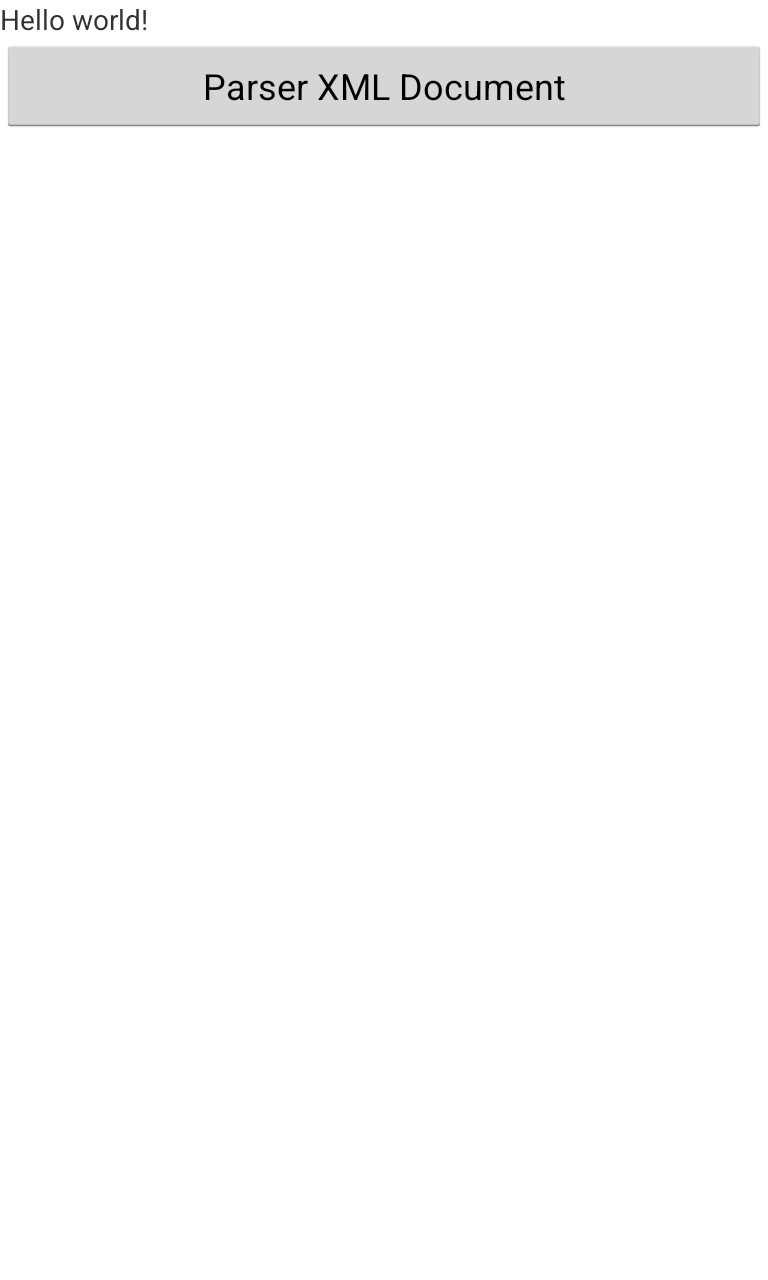
Repository: ChenLongAHXC/AndroidPractice
Layout: ParserXML/res/layout/activity_main.xml
An editor plug-in stored every save of this project. The layout is shown before and after the next save, followed by the edit.
It is drawn on a 768 x 1280 px phone screen (xhdpi) without system bars, with theme AppTheme; the app's code is not run.

Above is the layout before, as saved 2014-03-12 13:36:18.

### ParserXML/res/layout/activity_main.xml
<LinearLayout xmlns:android="http://schemas.android.com/apk/res/android"
    xmlns:tools="http://schemas.android.com/tools"
    android:layout_width="fill_parent"
    android:layout_height="match_parent"
    android:orientation="vertical">

    <TextView
        android:layout_width="fill_parent"
        android:layout_height="wrap_content"
        android:text="@string/hello_world" />
	<Button
	    android:id="@+id/parserXML"
	    android:layout_width="fill_parent"
        android:layout_height="wrap_content"
        android:text="@string/parserXML" />
</LinearLayout>

### ParserXML/res/values/strings.xml
<?xml version="1.0" encoding="utf-8"?>
<resources>

    <string name="app_name">ParserXML</string>
    <string name="action_settings">Settings</string>
    <string name="hello_world">Hello world!</string>
    <string name="parserXML">Parser XML Document</string>
    <string />

</resources>

Loaded but not shown: ParserXML/res/values/styles.xml (common file); ParserXML/res/values-v11/styles.xml (common file); ParserXML/res/values-v14/styles.xml (common file)

After the next save:
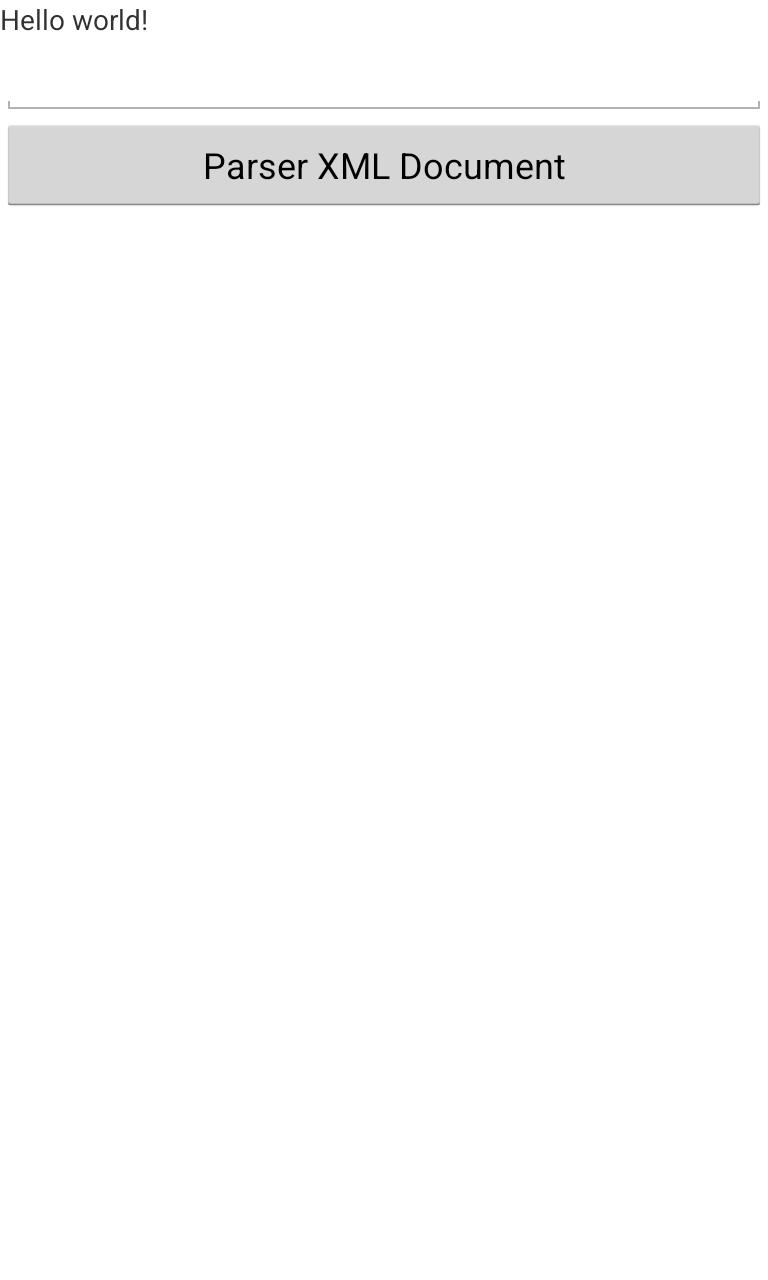
Saved 8 s later.
--- a/ParserXML/res/layout/activity_main.xml
+++ b/ParserXML/res/layout/activity_main.xml
@@ -8,6 +8,10 @@
         android:layout_width="fill_parent"
         android:layout_height="wrap_content"
         android:text="@string/hello_world" />
+    <EditText
+        android:id="@+id/xmlPath"
+	    android:layout_width="fill_parent"
+        android:layout_height="wrap_content"/>
 	<Button
 	    android:id="@+id/parserXML"
 	    android:layout_width="fill_parent"
